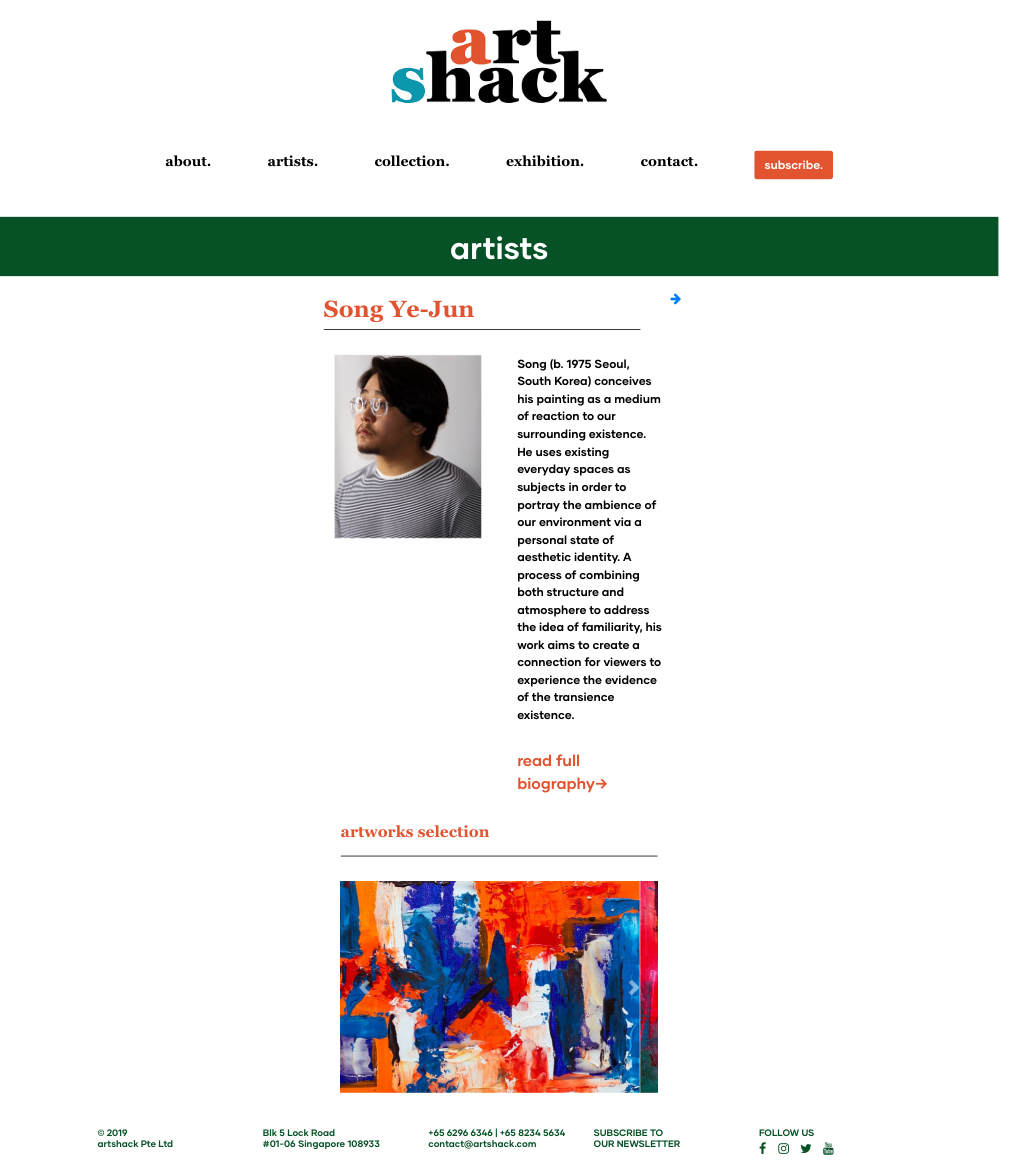
Repository: lynette-lyf/artshack
Page: songyejun.html
The author's editor kept a record of every edit. The page is drawn from the files as they stood at one moment, then again after the next edit.
The browser window is 1280 px wide. The page is 1295 px wide, so the pictures cover 1295 px, including what lies to the right of the window. The pictures show the whole page, at 78% of full size.

Above is the page before.
Not found: artists.css

### songyejun.html
<!doctype html>
<html lang="en">

<head>
  <!-- Required meta tags -->
  <meta charset="utf-8">
  <meta name="viewport" content="width=device-width, initial-scale=1, shrink-to-fit=no">

  <!-- Bootstrap CSS -->
  <link rel="stylesheet" href="https://stackpath.bootstrapcdn.com/bootstrap/4.3.1/css/bootstrap.min.css" integrity="sha384-ggOyR0iXCbMQv3Xipma34MD+dH/1fQ784/j6cY/iJTQUOhcWr7x9JvoRxT2MZw1T" crossorigin="anonymous">
  <link rel="stylesheet" href="artists.css" />
  <link rel="stylesheet" href="https://cdnjs.cloudflare.com/ajax/libs/font-awesome/4.7.0/css/font-awesome.min.css">
  <link href="https://unpkg.com/aos@2.3.1/dist/aos.css" rel="stylesheet">
  <title>artshack | artists</title>

  <style>
/* font converted using font-converter.net. thank you! */
@font-face {
  font-family: "Georgia-Bold";
  src: url("./fonts/georgiab.eot"); /* IE9 Compat Modes */
  src: url("./fonts/georgiab.eot?#iefix") format("embedded-opentype"), /* IE6-IE8 */
    url("./fonts/georgiab.otf") format("opentype"), /* Open Type Font */
    url("./fonts/georgiab.svg") format("svg"), /* Legacy iOS */
    url("./fonts/georgiab.ttf") format("truetype"), /* Safari, Android, iOS */
    url("./fonts/georgiab.woff") format("woff"), /* Modern Browsers */
    url("./fonts/georgiab.woff2") format("woff2"); /* Modern Browsers */
  font-weight: normal;
  font-style: normal;
}


@font-face {
  font-family: "GilmerBold";
  src: url("./fonts/GilmerBold.eot"); /* IE9 Compat Modes */
  src: url("./fonts/GilmerBold.eot?#iefix") format("embedded-opentype"), /* IE6-IE8 */
    url("./fonts/GilmerBold.otf") format("opentype"), /* Open Type Font */
    url("./fonts/GilmerBold.svg") format("svg"), /* Legacy iOS */
    url("./fonts/GilmerBold.ttf") format("truetype"), /* Safari, Android, iOS */
    url("./fonts/GilmerBold.woff") format("woff"), /* Modern Browsers */
    url("./fonts/GilmerBold.woff2") format("woff2"); /* Modern Browsers */
  font-weight: normal;
  font-style: normal;
}

    .logo {
      width: 280px;
    }

    /*Custom BootStrap4 CSS Styling credits to Saranya Rajendran @ https://stackoverflow.com/questions/49400853/how-to-change-navbar-hover-color-on-bootstrap-4/49405726*/

    .navbar-light .navbar-brand {
      color: black;
    }

    .navbar-light .navbar-nav .active>.nav-link,
    .navbar-light .navbar-nav .nav-link.active,
    .navbar-light .navbar-nav .nav-link.show,
    .navbar-light .navbar-nav .show>.nav-link {
      color: black;
    }

    .navbar-light .navbar-nav .nav-link {
      color: black;
    }

    .navbar-light .navbar-nav .nav-link-about,
    .navbar-light .navbar-nav .nav-link-artists,
    .navbar-light .navbar-nav .nav-link-collection,
    .navbar-light .navbar-nav .nav-link-exhibition,
    .navbar-light .navbar-nav .nav-link-contact {
      color: black;
    }

    .navbar-light .navbar-nav .nav-link-about:hover,
    .navbar-light .navbar-nav .nav-link-contact:hover {
      color: rgb(13, 151, 172) !important;
      text-decoration: none;
    }

    .navbar-light .navbar-nav .nav-link-artists:hover {
      color: rgb(6, 81, 37) !important;
      text-decoration: none;
    }

    .navbar-light .navbar-nav .nav-link-collection:hover {
      color: rgb(221, 160, 51) !important;
      text-decoration: none;
    }

    .navbar-light .navbar-nav .nav-link-exhibition:hover {
      color: rgb(226, 83, 47) !important;
      text-decoration: none;
    }

    .navbar ul {
      display: flex;
      align-items: stretch;
      /* Default */
      justify-content: space-around;
      width: 100%;
      background: #fff;
      margin: 0;
      padding: 0;
    }

    .navbar li {
      display: block;
      flex: 0 1 auto;
      /* Default */
      list-style-type: none;
      background: #fff;
    }

    .navbar .nav-item-subscribe {
      color: white;
    }

    .navbar {
      font-family: Georgia-Bold;
      color: black;
      font-size: 18px;
    }

.navbar .navbar-toggler-icon {
  background-image: url(images/navicon.png);!important
}


    form {
      font-family: GilmerBold;
    }

    .form-group .form-control {
      background-color: rgb(6, 81, 37);
      color: white;
    }

    .btn {
      font-family: GilmerBold;
      font-size: 15px;
      color: white;
      background-color: rgb(226, 83, 47);
    }

    .btn:hover {
      color: white;
      background-color: rgb(13, 151, 172);
    }

    .btn:focus {
      color: orange;
    }

    .box {
      background-color: white;
      color: white;
    }

.container-fluid-footer h3 {
  font-family: GilmerBold;
  font-size: 12px;
  color: rgb(6,81,37);
}

.container-fluid-footer h3 a {
  text-decoration: none;
  color: rgb(6,81,37);
}


.container-fluid-footer #socials a {
  text-decoration: none;
  color: rgb(6,81,37);
  margin: 6px;
}

.container-fluid-footer #socials a:hover,
.container-fluid-footer h3 a:hover,
.container-fluid-footer .newsletter:hover{
  color: rgb(221,160,51);
}

@media (max-width: 1023px) {
  .container-fluid-footer .newsletter { display: none; }
}

.container-fluid-artists {
  background-color: rgb(6,81,37);
}

.container-fluid-artists #artists {
  font-family: GilmerBold;
  font-size: 40px;
  color: white;
}

hr {
  margin-top: 0px;
  padding: 0px;
  color: black;
  border-top: 1.5px solid;
}


.container-fluid-artistscontent #S {
  font-family: Georgia-Bold;
  font-size: 30px;
  padding: 0px;
}

.container-fluid-artistscontent #S,
.container-fluid-artistscontent #Sbio,
.container-fluid-artistscontent #Ssel {
  color: rgb(226,83,47);
}

.container-fluid-artistscontent #Sbio {
  text-decoration:none;
  font-family:GilmerBold;
  font-size: 20px;
  text-align: right;
}

.container-fluid-artistscontent #Sbio:hover {
  color: rgb(221,160,51);
}

.container-fluid-artistscontent p {
  font-family: GilmerBold;
  font-size: 15px;
  color: black;
}

.container-fluid-artistscontent #Ssel {
  font-family: Georgia-Bold;
  font-size: 20px;
  padding:0px;
}


.container-fluid-artists .row #artistsnav h2 {
  font-family: Georgia-Bold;
  font-size:15px;
  color:white;
}

.container-fluid-artists .row #artistsnav a {
  text-decoration:none;
  color:white;
}

.container-fluid-artists .row #artistsnav a:hover {
  color: rgb(221,160,51);
}

.container-fluid-artistscontent a i:hover {
  color: rgb(6,81,37);
}


  </style>

</head>



<header>
  <!--LOGO WITH NAVIGATION TO HOMEPAGE-->
  <div class="container-fluid">
    <div class="logo mx-auto pt-4">
      <a href="index.html"><img class="img-fluid" src="images/logo.png"></img></a>
    </div>

  </div>

  <div class="container-fluid pl-0 pr-0">
    <!--Navbar credits to https://getbootstrap.com/docs/4.3/components/navbar/-->
    <nav class="navbar navbar-expand-lg navbar-light bg-nobg w-75 d-block mx-auto">
      <a class="navbar-brand" href="#"></a>
      <button class="navbar-toggler" style="border:none;" type="button" data-toggle="collapse" data-target="#navbarNav" aria-controls="navbarNav" aria-expanded="false" aria-label="Toggle navigation">
    <span class="navbar-toggler-icon"></span>
  </button>
      <div class="collapse navbar-collapse" id="navbarNav">
        <ul class="navbar-nav">
          <li class="nav-item active">
            <a class="nav-link-about" href="about.html">about.</a>
          </li>
          <li class="nav-item">
            <a class="nav-link-artists" href="artists-list.html">artists.</a>
          </li>
          <li class="nav-item">
            <a class="nav-link-collection" href="index.html#collection">collection.</a>
          </li>
          <li class="nav-item">
            <a class="nav-link-exhibition" href="index.html#current-exhibition">exhibition.</a>
          </li>
          <li class="nav-item">
            <a class="nav-link-contact" href="index.html#contact">contact.</a>
          </li>
          <!--Modal credits to https://mdbootstrap.com/docs/jquery/modals/forms/-->
          <li class="nav-item-subscribe">
            <a class="btn btn-default btn-rounded mb-4" data-toggle="modal" data-target="#modalSubscriptionForm">subscribe.</a>
          </li>
          <div class="modal fade" id="modalSubscriptionForm" tabindex="-1" role="dialog" aria-labelledby="myModalLabel" aria-hidden="true">
            <div class="modal-dialog" role="document">
              <div class="modal-content" style="background-color:rgb(221,160,51);">
                <div class="modal-header text-center mx-auto" style="color: white;background-color:rgb(221,160,51);">
                  <h4 class="modal-title">Subscribe to our Newsletter
                    <div style="font-size: 14px">(& get exclusive invitations to
                      <div> our exhibition openings!)</div>
                    </div>
                  </h4>
                  <button type="button" class="close" data-dismiss="modal" aria-label="Close">
          <span aria-hidden="true">&times;</span>
        </button>
                </div>
                <div class="modal-body" style="color: white;background-color:rgb(6,81,37);">
                  <div class="md-form mb-1 mt-2 mx-3">
                    <input type="text" id="form3" class="form-control validate">
                    <label data-error="wrong" data-success="right" for="form3">name</label>
                  </div>



                  <div class="md-form mx-3">
                    <input type="email" id="form2" class="form-control validate">
                    <label data-error="wrong" data-success="right" for="form2">email address</label>
                  </div>

                </div>
                <div class="modal-footer d-flex justify-content-center" style="color: white;background-color:rgb(226,83,47);>
                <button id="submit" type="submit" class="btn" data-dismiss="modal">Subscribe</button>
      </div>
    </div>
  </div>
</div>
        </ul>
      </div>
    </nav>
</header>

<body>
<!--ARTISTS-->
<div class="container-fluid-artists mt-3">
            <div class="row ">
              <div class="col text-center my-2 mx-3" id="artists"><a href="artists.html" style="text-decoration:none; color:white;">artists</a></div>
            </div>
</div>

<!--Artist 2-->
<div class="container-fluid-artistscontent mt-3">
<div class="row justify-content-center">
<div class="col col-xl-4 col-lg-8 col-md-10 col-sm-12 mx-2 my-2"><h1 id="S">Song Ye-Jun</h1><hr></div>
<a href="doantuly.html"><div class="col-2" id="next"><i class="fa fa-arrow-right"></i></div></a>
</div>

<div class="row justify-content-center">
<div class="col col-xl-2 col-lg-4 col-md-5 col-sm-12 mx-2 my-2"><img class="img-fluid" src="images/artist2.jpg"></div>
<div class="col col-xl-2 col-lg-4 col-md-5 col-sm-12 mx-2 my-2"><p>Song (b. 1975 Seoul, South Korea) conceives his painting
as a medium of reaction to our surrounding existence. He uses existing everyday spaces as subjects in order to portray the
ambience of our environment via a personal state of aesthetic identity. A process of combining both structure and atmosphere
 to address the idea of familiarity, his work aims to create a connection for viewers to experience the evidence of the
 transience existence.<div class="artistbio pt-3">
<a href="https://www.asiacontemporaryart.com/artists/dir_attachments/815_0.pdf" id="Sbio">read full biography→<a></div></p></div>
</div>

<div class="row justify-content-center">
<div class="col col-xl-4 col-lg-8 col-md-10 col-sm-12 mx-2 my-2"><p id="Ssel">artworks selection</p><hr></div>
</div>

<div class="row justify-content-center">
<div class="col col-xl-4 col-lg-8 col-md-10 col-sm-12 mx-2 my-2">

<div id="carouselExampleControls" class="carousel slide" data-ride="carousel">
  <div class="carousel-inner">
    <div class="carousel-item active">
      <img src="images/artist2work1.jpg" class="d-block w-100" alt="...">
    </div>
    <div class="carousel-item">
      <img src="images/artist2work2.jpg" class="d-block w-100" alt="...">
    </div>
    <div class="carousel-item">
      <img src="images/artist2work3.jpg" class="d-block w-100" alt="...">
    </div>
  </div>
  <a class="carousel-control-prev" href="#carouselExampleControls" role="button" data-slide="prev">
    <span class="carousel-control-prev-icon" aria-hidden="true"></span>
    <span class="sr-only">Previous</span>
  </a>
  <a class="carousel-control-next" href="#carouselExampleControls" role="button" data-slide="next">
    <span class="carousel-control-next-icon" aria-hidden="true"></span>
    <span class="sr-only">Next</span>
  </a>
</div>
</div>
</div>
</div>
</div>



                <!-- Optional JavaScript -->
                <!-- jQuery first, then Popper.js, then Bootstrap JS -->
                <script src="https://code.jquery.com/jquery-3.3.1.slim.min.js " integrity="sha384-q8i/X+965DzO0rT7abK41JStQIAqVgRVzpbzo5smXKp4YfRvH+8abtTE1Pi6jizo " crossorigin="anonymous ">
                </script>
                <script src="https://cdnjs.cloudflare.com/ajax/libs/popper.js/1.14.7/umd/popper.min.js " integrity="sha384-UO2eT0CpHqdSJQ6hJty5KVphtPhzWj9WO1clHTMGa3JDZwrnQq4sF86dIHNDz0W1 " crossorigin="anonymous ">
                </script>
                <script src="https://stackpath.bootstrapcdn.com/bootstrap/4.3.1/js/bootstrap.min.js " integrity="sha384-JjSmVgyd0p3pXB1rRibZUAYoIIy6OrQ6VrjIEaFf/nJGzIxFDsf4x0xIM+B07jRM " crossorigin="anonymous ">
                </script>
                <script src="https://unpkg.com/aos@2.3.1/dist/aos.js"></script>
</body>


<footer>

<!--PAGE FOOTER-->
  <div class="container-fluid-footer">
  <div class="box">&nbsp;</div>
            <div class="row justify-content-center pt-1 mx-1 mt-2 mb-2">
              <div class="column col-xl-2 col-lg-2 col-md-3 col-sm-10">
<h3 class="copyright">© 2019<br>artshack Pte Ltd</h3>
</div>
<div class="column col-xl-2 col-lg-3 col-md-3 col-sm-10">
<h3 class="address">Blk 5 Lock Road<br> #01-06 Singapore 108933</h3>
</div>

<div class="column col-xl-2 col-lg-3 col-md-3 col-sm-10 ">
<h3 class="contactinfo">+65 6296 6346  |  +65 8234 5634<br><a href="mailto:contact@artshack.com">contact@artshack.com</a></h3>
</div>

<div class="column col-xl-2 col-lg-2 col-md-0 col-sm-0">
<h3 class="newsletter"><a data-toggle="modal" data-target="#modalSubscriptionForm">SUBSCRIBE TO<br>OUR NEWSLETTER</h3></a>
</div>

<div class="column col-xl-2 col-lg-2 col-md-3 col-sm-10 " id="socials">
<h3 class="socials" style="padding: 0px; margin: 0px;">FOLLOW US</h3>
  <a style="margin-left:0px;" href="https://www.facebook.com"><i class="fa fa-facebook"></i></a>
  <a style="margin:5px" href="https://www.instagram.com"><i class="fa fa-instagram"></i></a>
  <a style="margin:5px" href="https://www.twitter.com"><i class="fa fa-twitter"></i></a>
  <a style="margin:5px" href="https://www.youtube.com"><i class="fa fa-youtube"></i></a>
</div>

</div>
</div>
</div>





</footer>

</html>

After the next edit:
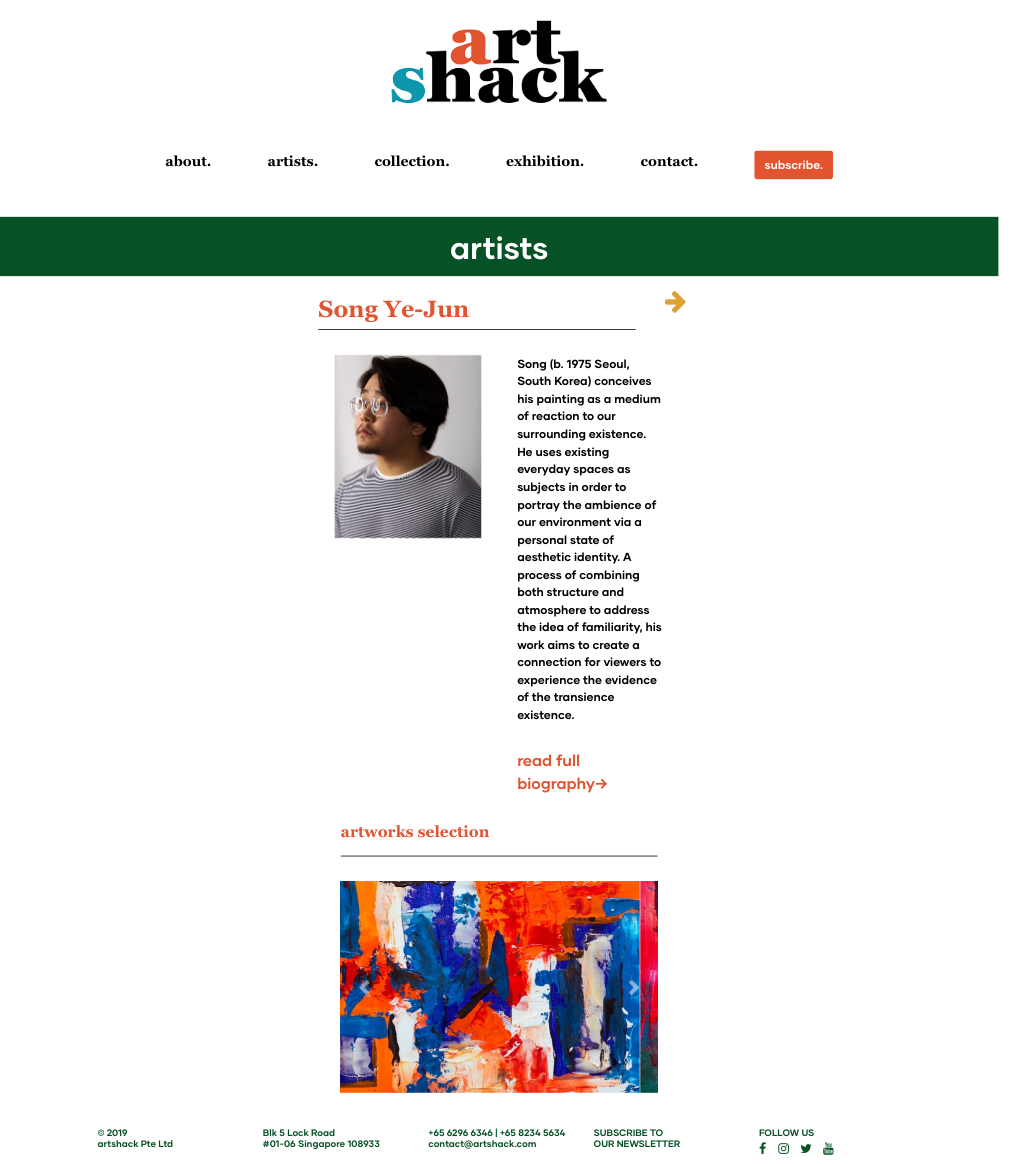
The edit:
--- a/songyejun.html
+++ b/songyejun.html
@@ -256,6 +256,9 @@
 .container-fluid-artistscontent a i:hover {
   color: rgb(6,81,37);
 }
+
+.container-fluid-artistscontent a i {
+font-size:2em; color:rgb(221,160,51)
 
 
   </style>
